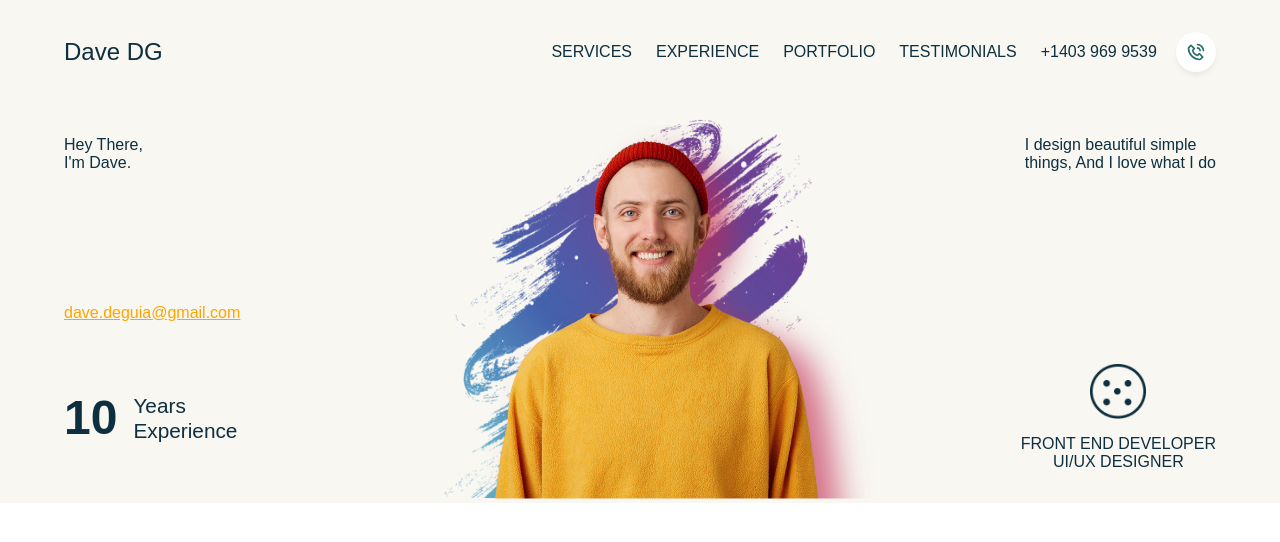
Repository: davedeguia/framer-motion-portfolio
Page: /
The author's editor kept a copy of each file at every save. The page is drawn from the files as they stood at one save, then again after the next save.
The browser window is 1280 px wide. The pictures show the whole page.
Some web fonts or font styles are not loaded; a fallback is used. The project was rebuilt for these pictures with package versions that can differ from the ones it lists, and the page was loaded fresh each time. Also part of the build but not shown: vite.config.js.

Above is the page before, as saved 2023-02-10 04:41:49.

After the next save:
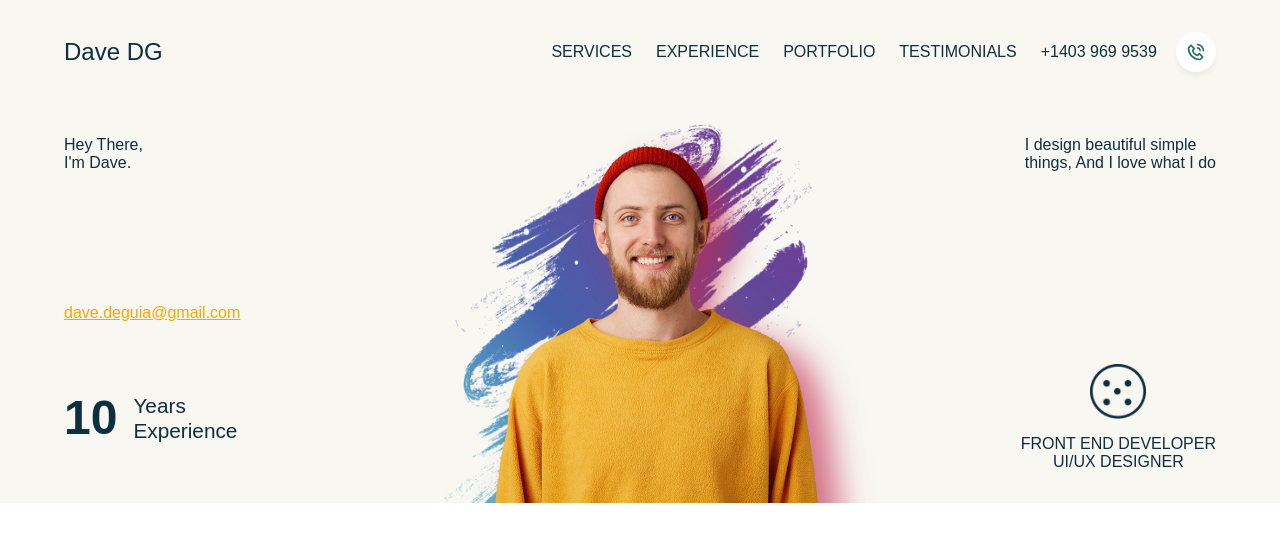
Saved 21 s later.
--- a/src/components/hero/Hero.module.scss
+++ b/src/components/hero/Hero.module.scss
@@ -74,6 +74,7 @@
                 @media (max-width: $sm) {
                     width: 23rem;
                 }
+                margin-bottom: -5px;
             }
         }
 
